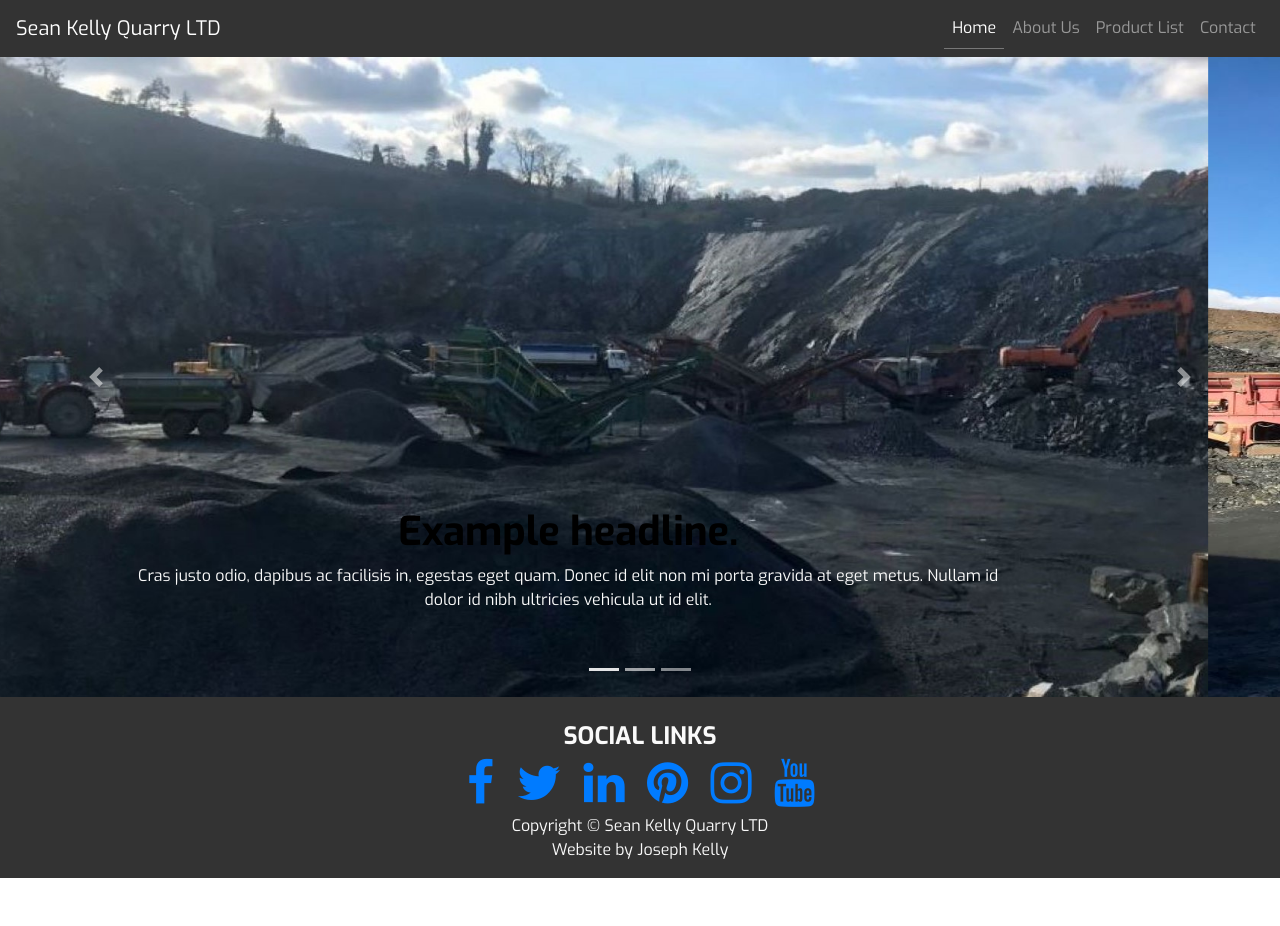
Repository: Code-Institute-Submissions/Sean-Kelly-Quarry
Page: index.html
The author's editor kept a record of every edit. The page is drawn from the files as they stood at one moment, then again after the next edit.
The browser window is 1280 px wide. The pictures show the whole page.

Above is the page before.

### index.html
<!DOCTYPE html>
<html lang="en">
<head>
    <meta charset="UTF-8">
    <meta name="viewport" content="width=device-width, initial-scale=1.0">
    <meta http-equiv="X-UA-Compatible" content="ie=edge">
    <link rel="stylesheet" href="https://stackpath.bootstrapcdn.com/bootstrap/4.4.1/css/bootstrap.min.css" type="text/css" />
    <link rel="stylesheet" href="https://stackpath.bootstrapcdn.com/font-awesome/4.7.0/css/font-awesome.min.css" type="text/css" />
    <link rel="stylesheet" href="assets/css/style.css" type="text/css" />
    <title>Sean Kelly Quarry</title>
</head>
<body>
    <header>            <!-- Navbar taken from bootstap -->
        <nav class="navbar navbar-expand-md navbar-dark navbar-custom">
            <a class="navbar-brand" href="#">Sean Kelly Quarry LTD</a>
                <button class="navbar-toggler" type="button" data-toggle="collapse" data-target="#navbarNav" aria-controls="navbarNav" aria-expanded="false" aria-label="Toggle navigation">
                <span class="navbar-toggler-icon"></span>
                </button>
            <div class="collapse navbar-collapse text-right" id="navbarNav">
                <ul class="navbar-nav ml-auto">
                    <li class="nav-item active">
                    <a class="nav-link" href="index.html">Home</a>
                    </li>
                    <li class="nav-item">
                    <a class="nav-link" href="about.html">About Us</a>
                    </li>
                    <li class="nav-item">
                    <a class="nav-link" href="product-list.html">Product List</a>
                    </li>
                    <li class="nav-item">
                    <a class="nav-link" href="contact.html">Contact</a>
                    </li>
                </ul>
            </div>
        </nav>
    </header>
        <div id="myCarousel" class="carousel slide" data-ride="carousel">
            <ol class="carousel-indicators">
              <li data-target="#myCarousel" data-slide-to="0" class="active"></li>
              <li data-target="#myCarousel" data-slide-to="1"></li>
              <li data-target="#myCarousel" data-slide-to="2"></li>
            </ol>
            <div class="carousel-inner">
              <div class="carousel-item active">
                <img src="assets/images/quarry.jpg"/>
                <div class="container">
                  <div class="carousel-caption text-left">
                    <h1>Example headline.</h1>
                    <p>Cras justo odio, dapibus ac facilisis in, egestas eget quam. Donec id elit non mi porta gravida at eget metus. Nullam id dolor id nibh ultricies vehicula ut id elit.</p>
                  </div>
                </div>
              </div>
              <div class="carousel-item">
                <img src="assets/images/quarry1.jpg"/>
                <div class="container">
                  <div class="carousel-caption">
                    <h1>Another example headline.</h1>
                    <p>Cras justo odio, dapibus ac facilisis in, egestas eget quam. Donec id elit non mi porta gravida at eget metus. Nullam id dolor id nibh ultricies vehicula ut id elit.</p>
                  </div>
                </div>
              </div>
              <div class="carousel-item">
                <img src="assets/images/quarry2.jpg"/>
                <div class="container">
                  <div class="carousel-caption text-right">
                    <h1>One more for good measure.</h1>
                    <p>Cras justo odio, dapibus ac facilisis in, egestas eget quam. Donec id elit non mi porta gravida at eget metus. Nullam id dolor id nibh ultricies vehicula ut id elit.</p>
                  </div>
                </div>
              </div>
            </div>
            <a class="carousel-control-prev" href="#myCarousel" role="button" data-slide="prev">
              <span class="carousel-control-prev-icon" aria-hidden="true"></span>
              <span class="sr-only">Previous</span>
            </a>
            <a class="carousel-control-next" href="#myCarousel" role="button" data-slide="next">
              <span class="carousel-control-next-icon" aria-hidden="true"></span>
              <span class="sr-only">Next</span>
            </a>
          </div>

    <footer class="container-fluid">               <!-- Footer inspired by UCD resume mini project with code insitute -->
        <div id="footer-details" class="row">
            <div class="col-sm">
                <h4 class="uppercase footer-info">Social Links</h4>
                <ul class="list-inline social-links">
                    <li class="list-inline-item">
                        <a target="_blank" href="#">
                            <i class="fa fa-facebook fa-3x" aria-hidden="true"></i>
                            <span class="sr-only">Facebook</span>
                        </a>
                    </li>
                    <li class="list-inline-item">
                        <a target="_blank" href="#">
                            <i class="fa fa-twitter fa-3x" aria-hidden="true"></i>
                            <span class="sr-only">Twitter</span>
                        </a>
                    </li>
                    <li class="list-inline-item">
                        <a target="_blank" href="#">
                            <i class="fa fa-linkedin fa-3x" aria-hidden="true"></i>
                            <span class="sr-only">LinkedIn</span>
                        </a>
                    </li>
                    <li class="list-inline-item">
                        <a target="_blank" href="#">
                            <i class="fa fa-pinterest fa-3x" aria-hidden="true"></i>
                            <span class="sr-only">pinterest</span>
                        </a>
                    </li>
                    <li class="list-inline-item">
                        <a target="_blank" href="#">
                            <i class="fa fa-instagram fa-3x" aria-hidden="true"></i>
                            <span class="sr-only">Instagram</span>
                        </a>
                    </li>
                    <li class="list-inline-item">
                        <a target="_blank" href="#">
                            <i class="fa fa-youtube fa-3x" aria-hidden="true"></i>
                            <span class="sr-only">Youtube</span>
                        </a>
                    </li>
                    <p class="copyright">Copyright &#169; Sean Kelly Quarry LTD</p>
                    <p>Website by Joseph Kelly</p>
                </ul>
            </div>
        </div>
    </footer>
<script src="https://code.jquery.com/jquery-3.3.1.slim.min.js" integrity="sha384-q8i/X+965DzO0rT7abK41JStQIAqVgRVzpbzo5smXKp4YfRvH+8abtTE1Pi6jizo" crossorigin="anonymous"></script>
<script src="https://cdnjs.cloudflare.com/ajax/libs/popper.js/1.14.7/umd/popper.min.js" integrity="sha384-UO2eT0CpHqdSJQ6hJty5KVphtPhzWj9WO1clHTMGa3JDZwrnQq4sF86dIHNDz0W1" crossorigin="anonymous"></script>
<script src="https://stackpath.bootstrapcdn.com/bootstrap/4.3.1/js/bootstrap.min.js" integrity="sha384-JjSmVgyd0p3pXB1rRibZUAYoIIy6OrQ6VrjIEaFf/nJGzIxFDsf4x0xIM+B07jRM" crossorigin="anonymous"></script>
</body>
</html>

### assets/css/style.css
@import url('https://fonts.googleapis.com/css?family=Exo:100,200,300,400,500,600,700|Roboto:100,200,300,400,500,600,700&display=swap');

*{
    margin: 0;
    padding: 0;
    border: 0;
}

/* ---------------------------------------------header*/

body {
    font-family: "Exo";
    color: #777777;
}

.navbar-custom {
    background-color: #333333;
}


#menu a:hover {
    border-bottom: 1px solid #777777;
}

.active {
    border-bottom: 1px solid #777777;
}

/* ---------------------------------------------hero image*/

/* GLOBAL STYLES
-------------------------------------------------- */
/* Padding below the footer and lighter body text */

body {
  padding-bottom: 3rem;
  color: #5a5a5a;
}


/* CUSTOMIZE THE CAROUSEL
-------------------------------------------------- */

/* Carousel base class */

/* Since positioning the image, we need to help out the caption */
.carousel-caption {
  bottom: 3rem;
  z-index: 10;
}

/* Declare heights because of positioning of img element */
.carousel-item {
  height: 40rem;
}
.carousel-item > img {
  position: absolute;
  top: 0;
  left: 0;
  min-width: 100%;
  height: 40rem;
}


/* MARKETING CONTENT
-------------------------------------------------- */

/* Center align the text within the three columns below the carousel */
.marketing .col-lg-4 {
  margin-bottom: 1.5rem;
  text-align: center;
}
.marketing h2 {
  font-weight: 400;
}
.marketing .col-lg-4 p {
  margin-right: .75rem;
  margin-left: .75rem;
}


/* Featurettes
------------------------- */

.featurette-divider {
  margin: 5rem 0; /* Space out the Bootstrap <hr> more */
}

/* Thin out the marketing headings */
.featurette-heading {
  font-weight: 300;
  line-height: 1;
  letter-spacing: -.05rem;
}


/* RESPONSIVE CSS
-------------------------------------------------- */

@media (min-width: 40em) {
  /* Bump up size of carousel content */
  .carousel-caption h3 {
    margin-bottom: 20rem;
    font-size: 2rem;
    line-height: 1.4;
  }

  .featurette-heading {
    font-size: 50px;
  }
}

@media (min-width: 62em) {
  .featurette-heading {
    margin-top: 7rem;
  }
}

/* ---------------------------------------------about/meet*/

h1, h3, h2, h4, h5 {
    font-family: "Exo", sans-serif;
    font-weight: bold;
    text-align: center;
    color: #000000;
}

.about-heading {
    border-bottom: 1px solid;
    margin-left: 150px;
    margin-right: 150px;
    margin-top: 20px;
    padding-bottom: 10px;
}

.about {
    color: #000000;
    padding-top: 10px;
    text-align: center;
    overflow: hidden;
}

.about-info {
    margin-left: 15px;
    margin-right: 15px;
    padding-bottom: 10px;
}

.our-team {
    margin-top: 10px;
    padding-bottom: 20px;
}

.team {
   margin-top: 5px;
   margin-bottom: 5px;
   color: #000000;
   font-family: "Exo", sans-serif;
}



.meet-icon {
    margin-top: 5px;
    margin-bottom: 5px;
}

.history {
    color: #000000;
    margin-left: 40px;
    margin-right: 40px;
}

.who-we-are {
    color: #000000;
    margin-left: 40px;
    margin-right: 40px;
}

.what-we-do {
    color: #000000;
    margin-left: 40px;
    margin-right: 40px;
}

.heading {
    padding-top: 10px;
}


/* ---------------------------------------------footer*/

footer {
    color: #fafafa;
    padding-top: 25px;
    background-color: #333333;
    display: inline-block;
}

.footer-info {
    font-weight: bold;
    text-align: center;
    color: #fafafa
}

.list-inline-item {
    margin-left: 10px;
    margin-right: 10px;
}

.uppercase {
    text-transform: uppercase;
}

.social-links {
    text-align: center;
    color: #fafafa;
}

p {
    text-align: center;
    color: #fafafa;
}

.copyright {
    padding-top: 7px;
    margin-bottom: 0;
}

/* ---------------------------------------------product list/order form*/

.table {
    width: 70%;
    margin-left: auto;
    margin-right: auto;
    margin-top: 20px;
    margin-bottom: 20px;
    color: #000000;
    border-collapse: collapse;
}

table, th, td {
  border: 1px solid black;
  text-align: center;
}

.product-heading {
    margin-top: 30px;
    color: #000000;
}

.product-note {
    font-size: large;
    color: #000000;
}

.product-disclaimer {
    color: #f88037;
    text-align: center;
    padding-bottom: 20px;
}

.order-form {
    font-family: "Exo", sans-serif;
    color: #000000;
    padding-top: 20px;
    display: block;
    text-align: center;
}

/* ---------------------------------------------contact*/

.contact-info {
    font-family: "Exo", sans-serif;
    color: #000000;
    text-align: center;
    margin-top: 30px;
    margin-right: 40px;
}

.contact-details {
    color: #000000;
    margin-right: 40px;
}


button[type="submit"] {
    margin-top: 15px;
    margin-bottom: 20px;
    color: #fafafa;
    background-color: #e84610;
}


.form {
    display: inline-block;
    margin-left: 15%;
    margin-right: 15%;
    width: 70%;
}

.input-query {
    margin-top: 20px;
    margin-bottom: 20px;
}

.input {
    margin-top: 10px;
    margin-bottom: 10px;
}

.contact-section {
    margin-top: 25px;
    padding-bottom: 20px;
}


.form-section {
    padding-top: 20px;
}

/* ---------------------------------------------media queries*/

@media(min-width: 992px) {
    .center-form {
        padding-top: 30px;
        min-height: 240px;
        margin: 0 auto;
        max-width: 50%;
    }
}

After the next edit:
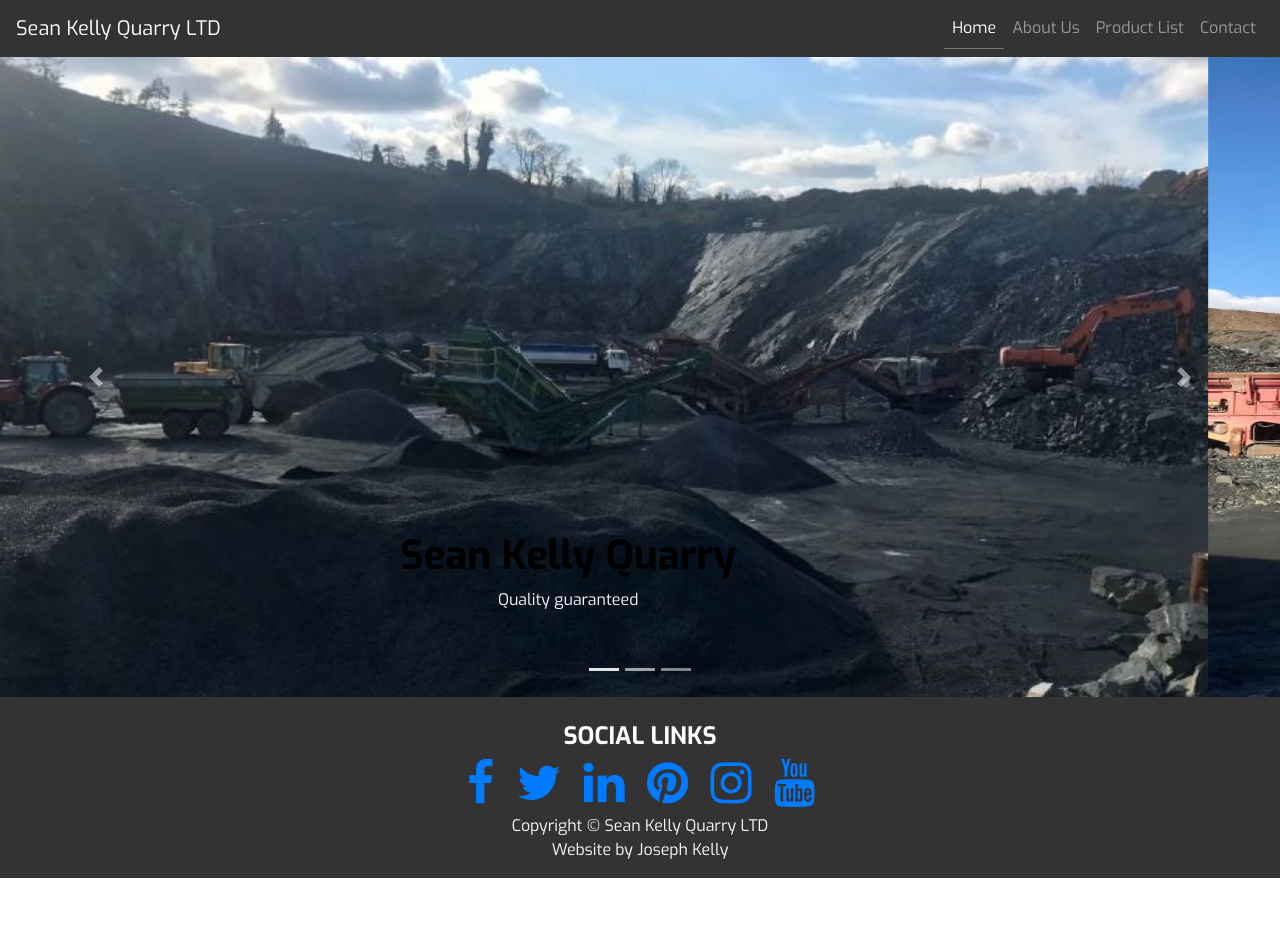
The edit:
--- a/index.html
+++ b/index.html
@@ -45,8 +45,8 @@
                 <img src="assets/images/quarry.jpg"/>
                 <div class="container">
                   <div class="carousel-caption text-left">
-                    <h1>Example headline.</h1>
-                    <p>Cras justo odio, dapibus ac facilisis in, egestas eget quam. Donec id elit non mi porta gravida at eget metus. Nullam id dolor id nibh ultricies vehicula ut id elit.</p>
+                    <h1>Sean Kelly Quarry</h1>
+                    <p>Quality guaranteed</p>
                   </div>
                 </div>
               </div>
